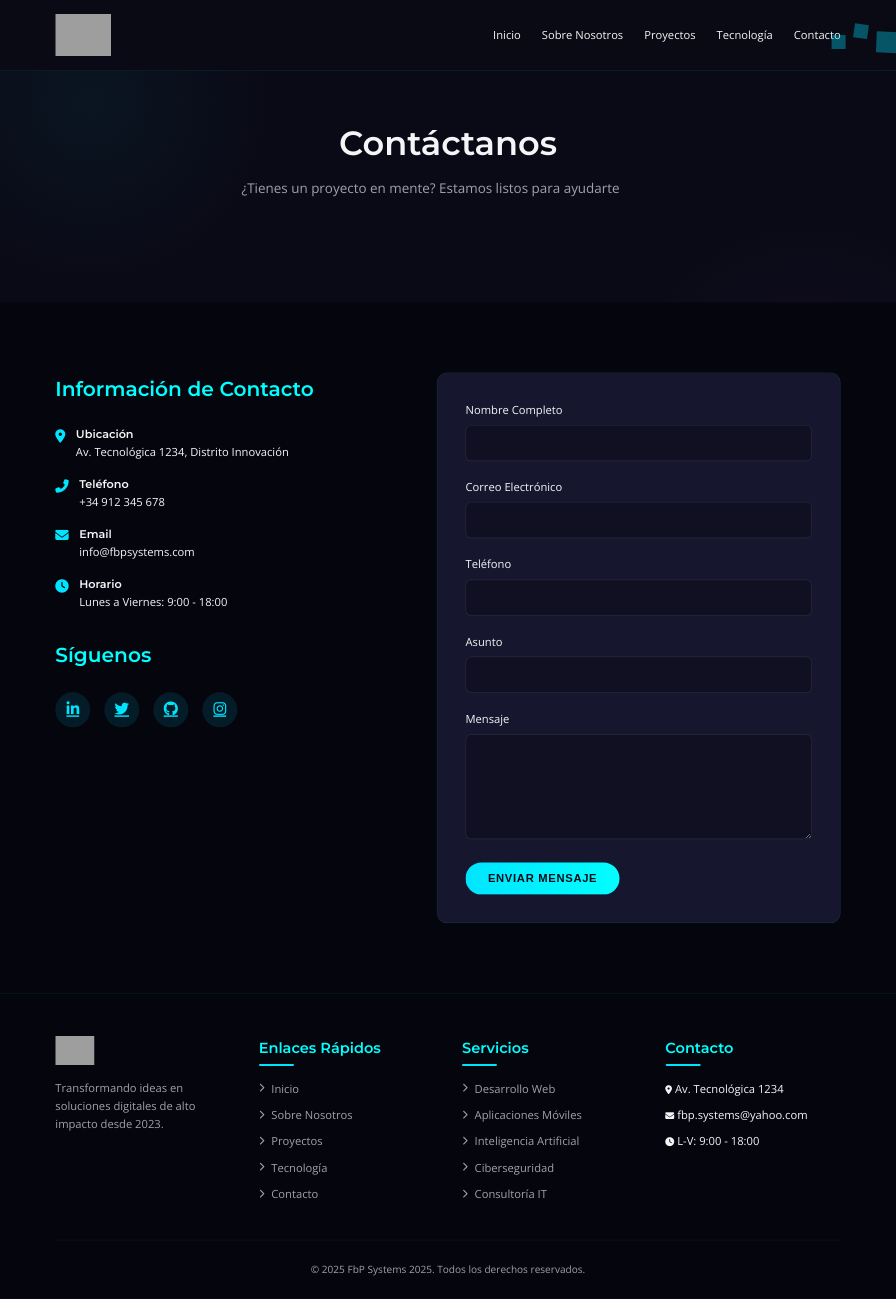
Repository: FabriDevelope/fbp-system
Page: contacto.html
These files come from the project's save history. The page is drawn as it stood at one moment and after the next save; the edit follows.
The browser window is 1280 px wide. The pictures show the whole page, at 70% of full size.
Pictures or frames that could not be fetched are drawn as grey boxes.

Above is the page before, as saved 2025-08-01 17:17:00.

After the next save:
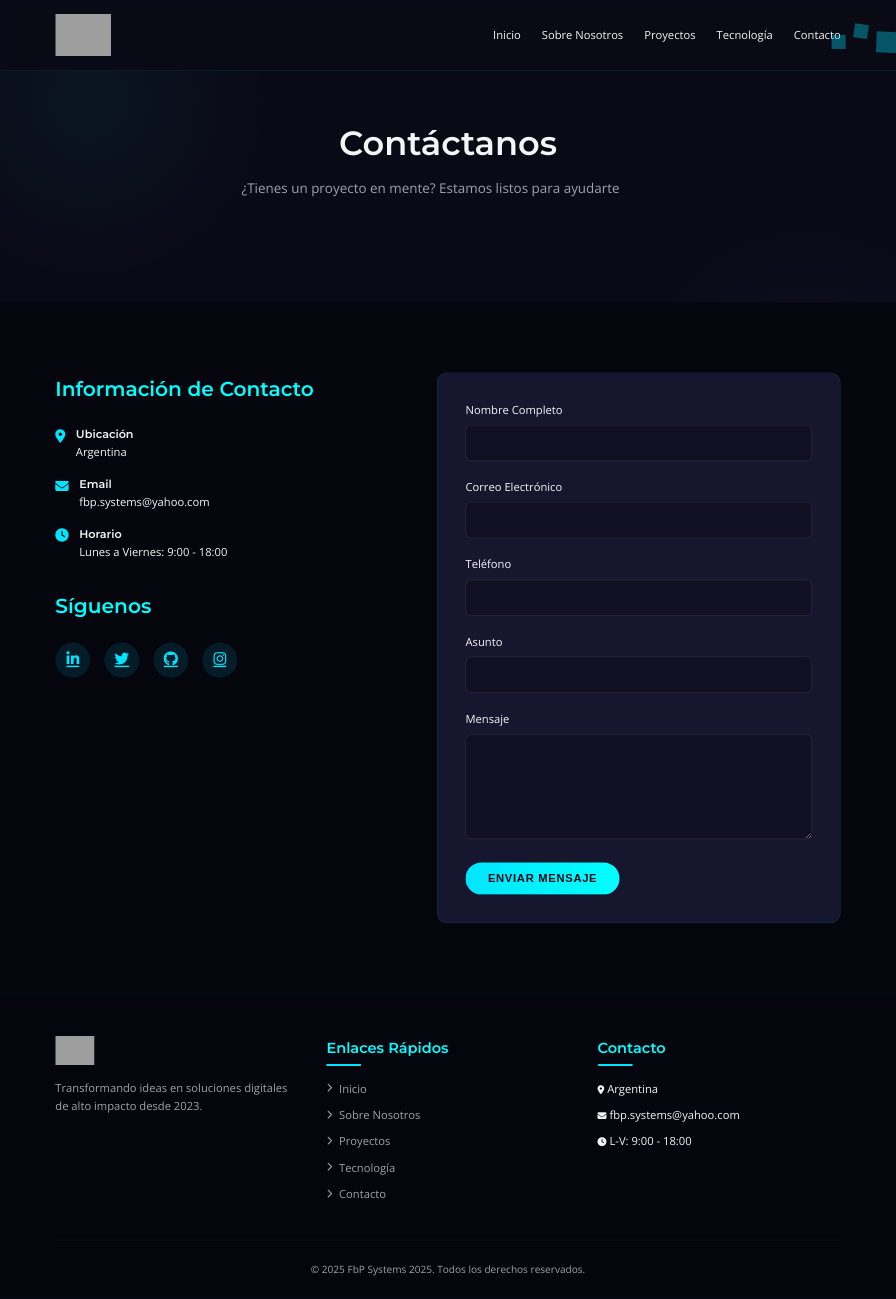
Saved 4 min 38 s later.
--- a/contacto.html
+++ b/contacto.html
@@ -60,21 +60,14 @@
                             <i class="fas fa-map-marker-alt"></i>
                             <div>
                                 <h4>Ubicación</h4>
-                                <p>Av. Tecnológica 1234, Distrito Innovación</p>
-                            </div>
-                        </div>
-                        <div class="contact-item">
-                            <i class="fas fa-phone-alt"></i>
-                            <div>
-                                <h4>Teléfono</h4>
-                                <p>+34 912 345 678</p>
+                                <p>Argentina</p>
                             </div>
                         </div>
                         <div class="contact-item">
                             <i class="fas fa-envelope"></i>
                             <div>
                                 <h4>Email</h4>
-                                <p>info@fbpsystems.com</p>
+                                <p>fbp.systems@yahoo.com</p>
                             </div>
                         </div>
                         <div class="contact-item">
@@ -89,31 +82,31 @@
                     <div class="social-links">
                         <a href="#"><i class="fab fa-linkedin-in"></i></a>
                         <a href="#"><i class="fab fa-twitter"></i></a>
-                        <a href="#"><i class="fab fa-github"></i></a>
+                        <a href="https://github.com/FabriDevelope/fbp-system/tree/main"><i class="fab fa-github"></i></a>
                         <a href="#"><i class="fab fa-instagram"></i></a>
                     </div>
                 </div>
                 <div class="contact-form">
-                    <form id="contactForm">
+                    <form action="mailto:fbp.systems@yahoo.com" method="POST" enctype="text/plain">
                         <div class="form-group">
                             <label for="name">Nombre Completo</label>
-                            <input type="text" id="name" class="form-control" required>
+                            <input type="text" name="Nombre Completo" class="form-control" required>
                         </div>
                         <div class="form-group">
                             <label for="email">Correo Electrónico</label>
-                            <input type="email" id="email" class="form-control" required>
+                            <input type="email" name="Correo Electrónico" class="form-control" required>
                         </div>
                         <div class="form-group">
                             <label for="phone">Teléfono</label>
-                            <input type="tel" id="phone" class="form-control">
+                            <input type="tel" name="Teléfono" class="form-control">
                         </div>
                         <div class="form-group">
                             <label for="subject">Asunto</label>
-                            <input type="text" id="subject" class="form-control" required>
+                            <input type="text" name="Asunto" class="form-control" required>
                         </div>
                         <div class="form-group">
                             <label for="message">Mensaje</label>
-                            <textarea id="message" class="form-control" required></textarea>
+                            <textarea name="Mensaje" class="form-control" required></textarea>
                         </div>
                         <button type="submit" class="btn">Enviar Mensaje</button>
                     </form>
@@ -143,19 +136,9 @@
                     </ul>
                 </div>
                 <div class="footer-col">
-                    <h4>Servicios</h4>
-                    <ul class="footer-links">
-                        <li><a href="#"><i class="fas fa-chevron-right"></i> Desarrollo Web</a></li>
-                        <li><a href="#"><i class="fas fa-chevron-right"></i> Aplicaciones Móviles</a></li>
-                        <li><a href="#"><i class="fas fa-chevron-right"></i> Inteligencia Artificial</a></li>
-                        <li><a href="#"><i class="fas fa-chevron-right"></i> Ciberseguridad</a></li>
-                        <li><a href="#"><i class="fas fa-chevron-right"></i> Consultoría IT</a></li>
-                    </ul>
-                </div>
-                <div class="footer-col">
                     <h4>Contacto</h4>
                     <ul class="footer-links">
-                        <li><i class="fas fa-map-marker-alt"></i> Av. Tecnológica 1234</li>
+                        <li><i class="fas fa-map-marker-alt"></i> Argentina</li>
                         <li><i class="fas fa-envelope"></i> fbp.systems@yahoo.com</li>
                         <li><i class="fas fa-clock"></i> L-V: 9:00 - 18:00</li>
                     </ul>
